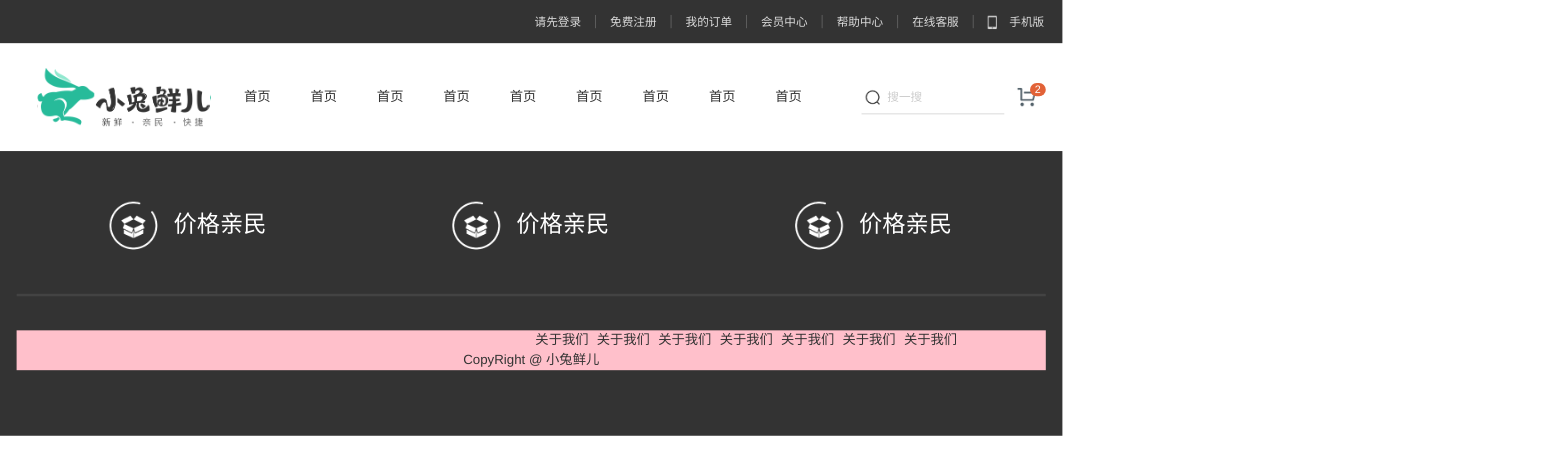
Repository: DengBiHua/xtx_pc_client
Page: index.html
The author's editor kept a copy of each file at every save. The page is drawn from the files as they stood at one save, then again after the next save.
The browser window is 1280 px wide. The page is 1880 px wide, then 1280 px, so the pictures cover 1880 px, including what lies to the right of the window. The pictures show the whole page, at 83% of full size.

Above is the page before, as saved 2022-04-16 15:45:28.

### index.html
<!DOCTYPE html>
<html lang="zh-CN">
<head>
    <meta charset="UTF-8">
    <meta http-equiv="X-UA-Compatible" content="IE=edge">
    <meta name="viewport" content="width=device-width, initial-scale=1.0">
    <title>小兔鲜儿-新鲜、惠民、快捷！</title>
    <meta name="description" content="小兔鲜儿官网，致力于打造全球最大的食品、生鲜电商购物平台。">
    <meta name="keywords" content="小兔鲜儿,食品,生鲜,服装,家电,电商,购物">
    <link rel="shortcut icon" href="favicon.ico" type="image/x-icon">
    <link rel="stylesheet" href="./css/base.css">
    <link rel="stylesheet" href="./css/common.css">
    <link rel="stylesheet" href="./css/index.css">
</head>
<body>
    <div class="header">
        <div class="wrapper">
            <ul>
                <li><a href="#">请先登录</a></li>
                <li><a href="#">免费注册</a></li>
                <li><a href="#">我的订单</a></li>
                <li><a href="#">会员中心</a></li>
                <li><a href="#">帮助中心</a></li>
                <li><a href="#">在线客服</a></li>
                <li><a href="#"><span></span>手机版</a></li>
            </ul>
        </div>
    </div>
    <div class="nav wrapper">
        <div class="logo">
            <h1><a href="#">小兔鲜儿</a></h1>
        </div>
        <div class="menu">
            <ul>
                <li><a href="#">首页</a></li>
                <li><a href="#">首页</a></li>
                <li><a href="#">首页</a></li>
                <li><a href="#">首页</a></li>
                <li><a href="#">首页</a></li>
                <li><a href="#">首页</a></li>
                <li><a href="#">首页</a></li>
                <li><a href="#">首页</a></li>
                <li><a href="#">首页</a></li>
            </ul>
        </div>
        <div class="buyCar">
            <a href="#"><span>2</span></a>
        </div>
        <div class="search">
            <span></span>
            <input type="text" placeholder="搜一搜">
        </div>
    </div>
    <div class="footer">
        <div class="top wrapper">
            <ul>
                <li><span></span>价格亲民</li>
                <li><span></span>价格亲民</li>
                <li><span></span>价格亲民</li>
            </ul>
        </div>
        <div class="bottom wrapper">
            <ul class="clearfix">
                <li><a href="#">关于我们</a></li>
                <li><a href="#">关于我们</a></li>
                <li><a href="#">关于我们</a></li>
                <li><a href="#">关于我们</a></li>
                <li><a href="#">关于我们</a></li>
                <li><a href="#">关于我们</a></li>
                <li><a href="#">关于我们</a></li>
            </ul>
            <p>CopyRight @ 小兔鲜儿</p>
        </div>
    </div>
</body>
</html>

### css/base.css
/* 清除默认样式的代码 */
/* 去除常见标签默认的 margin 和 padding */
body,
h1,
h2,
h3,
h4,
h5,
h6,
p,
ul,
ol,
li,
dl,
dt,
dd,
input {
  margin: 0;
  padding: 0;
}

/* 內减模式 */
* {
  box-sizing: border-box;
}

/* 设置网页统一的字体大小、行高、字体系列相关属性 */
body {
  font: 16px/1.5 "Helvetica Neue", Helvetica, Arial, "Microsoft Yahei",
    "Hiragino Sans GB", "Heiti SC", "WenQuanYi Micro Hei", sans-serif;
  color: #333;
}

/* 去除列表默认样式 */
ul,
ol {
  list-style: none;
}

/* 去除默认的倾斜效果 */
em,
i {
  font-style: normal;
}

/* 去除a标签默认下划线，并设置默认文字颜色 */
a {
  text-decoration: none;
  color: #333;
}

/* 设置img的垂直对齐方式为居中对齐，去除img默认下间隙 */
img {
  vertical-align: middle;
}

/* 去除input默认样式 */
input {
  border: none;
  outline: none;
  color: #333;
}

/* 左浮动 */
.fl {
  float: left;
}

/* 右浮动 */
.fr {
  float: right;
}

/* 双伪元素清除法 */
.clearfix::before,
.clearfix::after {
  content: "";
  display: table;
}
.clearfix::after {
  clear: both;
}

### css/common.css
.wrapper {
    width: 1240px;
    margin: 0 auto;
}

.header {
    height: 52px;
    background-color: #333333;
}

.header .wrapper {
    height: 52px;
    line-height: 52px;
}

.header .wrapper ul {
    float: right;
}

.header .wrapper li {
    float: left;
}

.header .wrapper li a {
    padding: 0 17px;
    border-right: 1px solid #666666;
    font-size: 14px;
    color: #dcdcdc;
}

.header .wrapper li a span {
    display: inline-block;
    margin-right: 15px;
    width: 11px;
    height: 16px;
    background-image: url(../images/sprites.png);
    background-position: -160px -70px;
    vertical-align: middle;
}

.header .wrapper li:last-child a {
    border: none;
    padding-right: 2px;
}

.nav {
    margin: 30px auto;
    height: 70px;
}

.logo h1 a {
    float: left;
    display: block;
    width: 209px;
    height: 70px;
    margin: 0 16px 0 25px;
    background-image: url(../images/logo.png);
    background-size: contain;
    font-size: 0;
}

.menu {
    float: left;
}

.menu li {
    float: left;
    padding: 0 24px;
    height: 70px;
    line-height: 70px;
}

.menu li a {
    padding-bottom: 7px;
}

.menu li a:hover {
    color: #27ba9b;
    border-bottom: 1px solid #27ba9b;
}

.buyCar {
    float: right;
    margin-top: 23px;
    margin-left: 15px;
    margin-right: 12px;
}

.buyCar a {
    display: inline-block;
    position: relative;
    width: 23px;
    height: 23px;
    background-image: url(../images/sprites.png);
    background-position: -119px -69px;
}

.buyCar span {
    position: absolute;
    top: -5px;
    right: -12px;
    height: 16px;
    padding: 0 6px;
    background-color: #e26237;
    border-radius: 8px;
    line-height: 16px;
    font-size: 13px;
    color: #ffffff;
}

.search {
    float: right;
    position: relative;
    margin-top: 16px;
    border-bottom: 2px solid #e7e7e7;
}

.search input {
    padding-left: 31px;
    width: 172px;
    height: 38px;
    font-size: 14px;
}

.search input::placeholder {
    font-size: 14px;
    color: #cccccc;
}

.search span {
    position: absolute;
    left: 2px;
    top: 50%;
    transform: translate(0, -50%);
    width: 18px;
    height: 18px;
    margin-left: 2px;
    background-image: url(../images/sprites.png);
    background-position: -79px -69px;
}

.footer {
    height: 343px;
    background-color: #333;
}

.footer .top {
    height: 175px;
    border-bottom: 3px solid #434343;
}

.footer .top li {
    float: left;
    margin: auto 0;
    font-size: 28px;
    color: #ffffff;
    width: 413px;
    height: 175px;
    line-height: 175px;
    text-align: center;
}

.footer .top span {
    display: inline-block;
    width: 58px;
    height: 58px;
    margin-right: 19px;
    background-image: url(../images/sprites.png);
    background-position: 0 0;
    vertical-align: middle;
}

.footer .bottom {
    height: 48px;
    margin-top: 41px;
    background-color: pink;
    text-align: center;
}

.footer .bottom ul {
    position: relative;
    left: 50%;
}

.footer .bottom li {
    float: left;
    padding: 0 5px;
}

Loaded but not shown: css/index.css (no stored copy; drawn as an empty file)

After the next save:
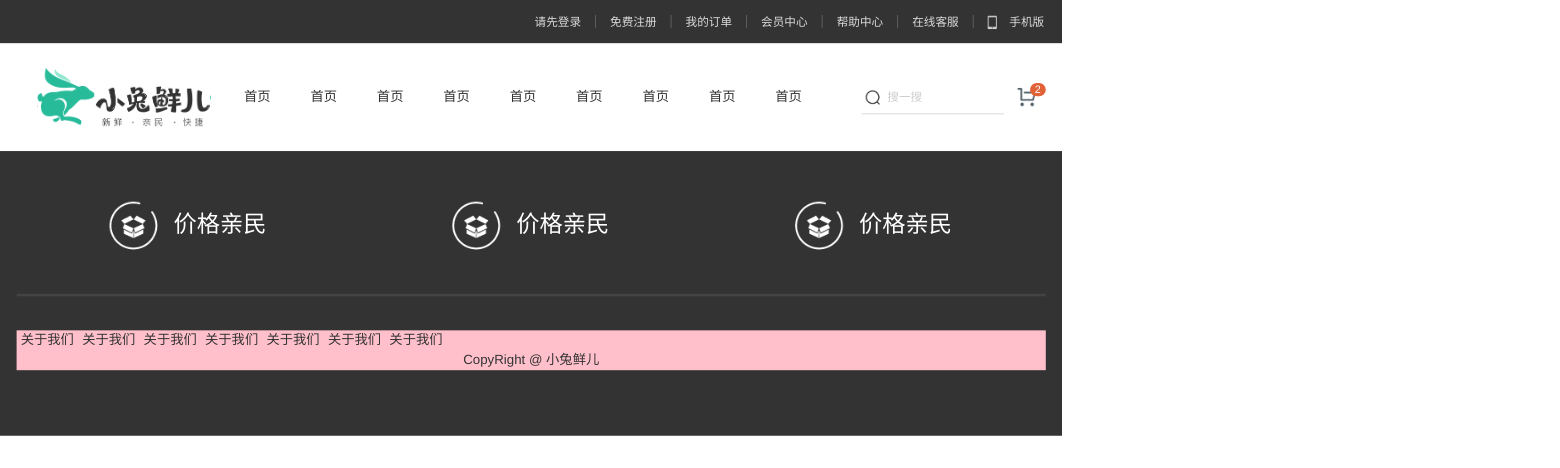
Saved 72 s later.
--- a/css/common.css
+++ b/css/common.css
@@ -178,8 +178,7 @@
 }
 
 .footer .bottom ul {
-    position: relative;
-    left: 50%;
+
 }
 
 .footer .bottom li {
